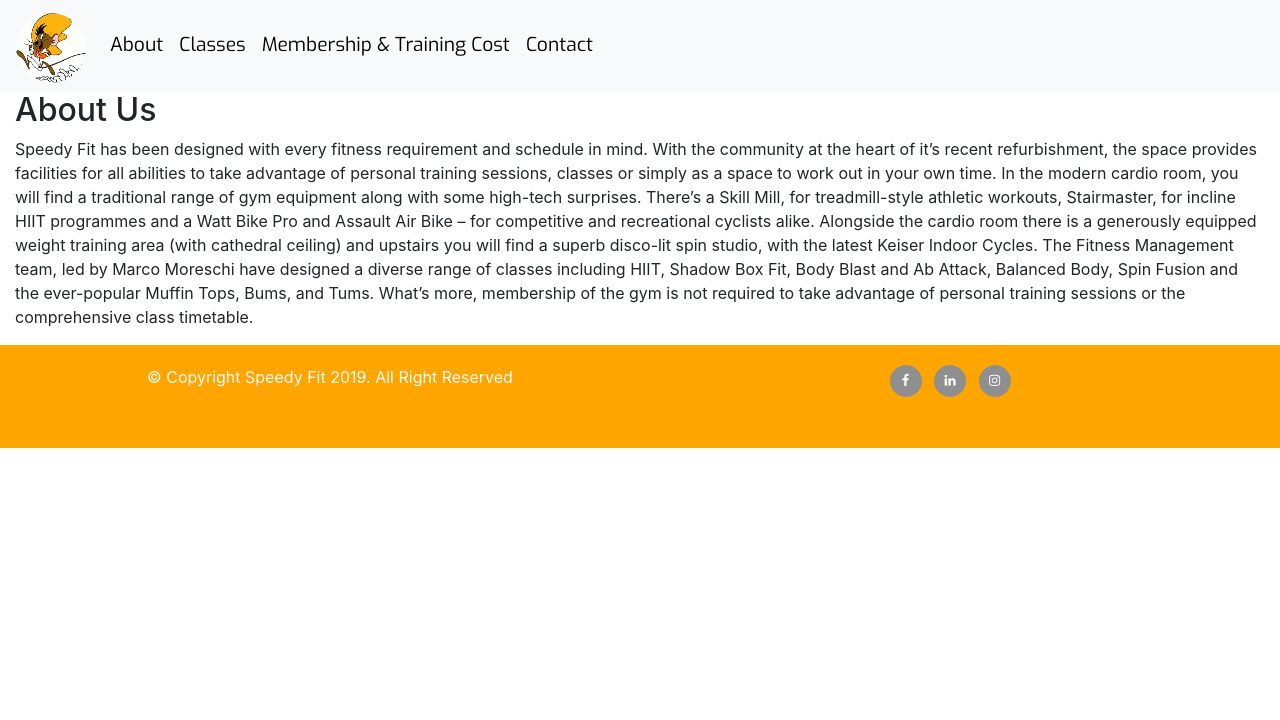
Repository: marcomoreschi/Milestrone-project
Page: index.html
The author's editor kept a record of every edit. The page is drawn from the files as they stood at one moment, then again after the next edit.
The browser window is 1280 px wide. The pictures show the whole page.
Some web libraries are served in a nearby version.

Above is the page before.

### index.html
<!DOCTYPE html>
<html lang="en">

<head>
    <meta charset="UTF-8">
    <meta name="viewport" content="width=device-width, initial-scale=1.0">
    <meta http-equiv="X-UA-Compatible" content="ie=edge">
    <link rel="stylesheet" href="https://maxcdn.bootstrapcdn.com/bootstrap/4.2.1/css/bootstrap.min.css" type="text/css" />
    <link rel="stylesheet" href="https://maxcdn.bootstrapcdn.com/font-awesome/4.7.0/css/font-awesome.min.css" type="text/css" />
    <link rel="stylesheet" href="https://cdnjs.cloudflare.com/ajax/libs/hover.css/2.1.1/css/hover-min.css" type="text/css" />
    <link rel="stylesheet" href="assets/css/style.css">
    <title>Speedy Fit</title>
</head>

<body>

    <header>
        <nav class="navbar navbar-expand-lg navbar-light bg-light">
            <a class="navbar-brand" href="index.html">
      <img src="assets/images/logo.jpg"></img>
        </a>
            <button class="navbar-toggler" type="button" data-toggle="collapse" data-target="#navbarNav" aria-controls="navbarNav" aria-expanded="false" aria-label="Toggle navigation">
    <span class="navbar-toggler-icon"></span>
  </button>
            <div class="collapse navbar-collapse" id="navbarNavDropdown">
                <ul class="navbar-nav">
                    <li class="nav-item active">
                        <a class="nav-link" href="index.html">About<span class="sr-only">(current)</span></a>
                    </li>
                    <li class="nav-item">
                        <a class="nav-link" href="classes.html">Classes</a>
                    </li>
                    <li class="nav-item">
                        <a class="nav-link" href="membership&trainingcost.html">Membership & Training Cost</a>
                    </li>
                    <li class="nav-item">
                        <a class="nav-link" href="contact.html">Contact</a>
                    </li>
                </ul>
            </div>
        </nav>

    </header>

<section class=container-fluid

    <div class="container">


        <h2 class="hidden">About Us</h2>
        <p>Speedy Fit has been designed with every fitness requirement and schedule in mind. With the community at the heart of it’s recent refurbishment, the space provides facilities for all abilities to take advantage of personal training sessions, classes
            or simply as a space to work out in your own time. In the modern cardio room, you will find a traditional range of gym equipment along with some high-tech surprises. There’s a Skill Mill, for treadmill-style athletic workouts, Stairmaster,
            for incline HIIT programmes and a Watt Bike Pro and Assault Air Bike – for competitive and recreational cyclists alike. Alongside the cardio room there is a generously equipped weight training area (with cathedral ceiling) and upstairs you
            will find a superb disco-lit spin studio, with the latest Keiser Indoor Cycles. The Fitness Management team, led by Marco Moreschi have designed a diverse range of classes including HIIT, Shadow Box Fit, Body Blast and Ab Attack, Balanced
            Body, Spin Fusion and the ever-popular Muffin Tops, Bums, and Tums. What’s more, membership of the gym is not required to take advantage of personal training sessions or the comprehensive class timetable.</p>

    </div>
    </div>
    </section>

    <footer class="container-fluid">
        <div id="footer-details" class="row">
            <div class="col-sm-6">
                <p class="inline-block">&#169; Copyright Speedy Fit 2019. All Right Reserved</p>
            </div>
            <div class="col-sm-6">
                <ul class="list-inline social-links">
                    <li class="list-inline-item">
                        <a target="_blank" href="#">
                            <i class="fa fa-facebook" aria-hidden="true"></i>
                            <span class="sr-only">Facebook</span>
                        </a>
                    </li>
                    <li class="list-inline-item">
                        <a target="_blank" href="#">
                            <i class="fa fa-linkedin" aria-hidden="true"></i>
                            <span class="sr-only">LinkedIn</span>
                        </a>
                    </li>
                    <li class="list-inline-item">
                        <a target="_blank" href="#">
                            <i class="fa fa-instagram" aria-hidden="true"></i>
                            <span class="sr-only">Instagram</span>
                        </a>
                    </li>
                </ul>
            </div>
        </div>
    </footer>

</body>

</html>

### assets/css/style.css
@import url('https://fonts.googleapis.com/css?family=Roboto:100,200,300,400,500,600,700|Exo:100,200,300,400,500,600,700');


/* -----------------------------------------Heading */

.navbar {
    margin-bottom: 0;
    border: 0;
    background-color: black;
    text-align: center;
}

.navbar-brand {
    height: 75px;
}

.navbar-brand img {
    width: 70px;
    height: 70px;
    border-radius: 50%;
}

.nav-item a {
    font-size: 1.2em;
    font-family: 'Exo', sans-serif;
    color: black !important;
}

.navbar ul li a:hover {
    color: #ffa500 !important;
    transition: all 0.35s ease-in-out;
    -moz-transition: all 0.35s ease-in-out;
    -webkit-transition: all 0.35s ease-in-out;
    -o-transition: all 0.35s ease-in-out;
}

/* -----------------------------------------About */

.about-us-section {
    margin: 0;
    background-position: center;
    background-size: cover;
    width: 100%;
    height: 100%;
}

.about-us-section {
    background: url("../images/rope.jpg") no-repeat center;
   -webkit-background-size: cover;
   -moz-background-size: cover;
   -o-background-size: cover;
    background-size: cover;
}

.container h2 {
    text-align: center;
    padding-top: 30px;
    color: #fafafa;
    text-transform: uppercase;
}

.container p {
    text-align: center;
    padding-bottom: 50px;
    color: #fff;
    font-size: 1.5em;
}


/* -----------------------------------------Footer */

footer {
    background-color: #ffa500;
    color: #fafafa;
    min-height: 100px;
    max-height: 200px;
    margin: 0;
}

.social-links {
    padding-bottom: 15px;
    text-align: center;
}

.social-links li a i {
    width: 32px;
    height: 32px;
    padding: 12px 0;
    border-radius: 50%;
    font-size: 13px;
    line-height: 7px;
    text-align: center;
    color: #fafafa;
    background: #8f8f8f;
    transition: all 0.35s ease-in-out;
    -moz-transition: all 0.35s ease-in-out;
    -webkit-transition: all 0.35s ease-in-out;
    -o-transition: all 0.35s ease-in-out;
}

.social-links li a i:hover {
    background: #e84610;
}

#footer-details {
    padding: 20px;
    text-align: center;
}

@media(min-width: 992px) {
    .center-form {
        padding-top: 30px;
        min-height: 240px;
        margin: 0 auto;
        max-width: 50%;
    }
}

After the next edit:
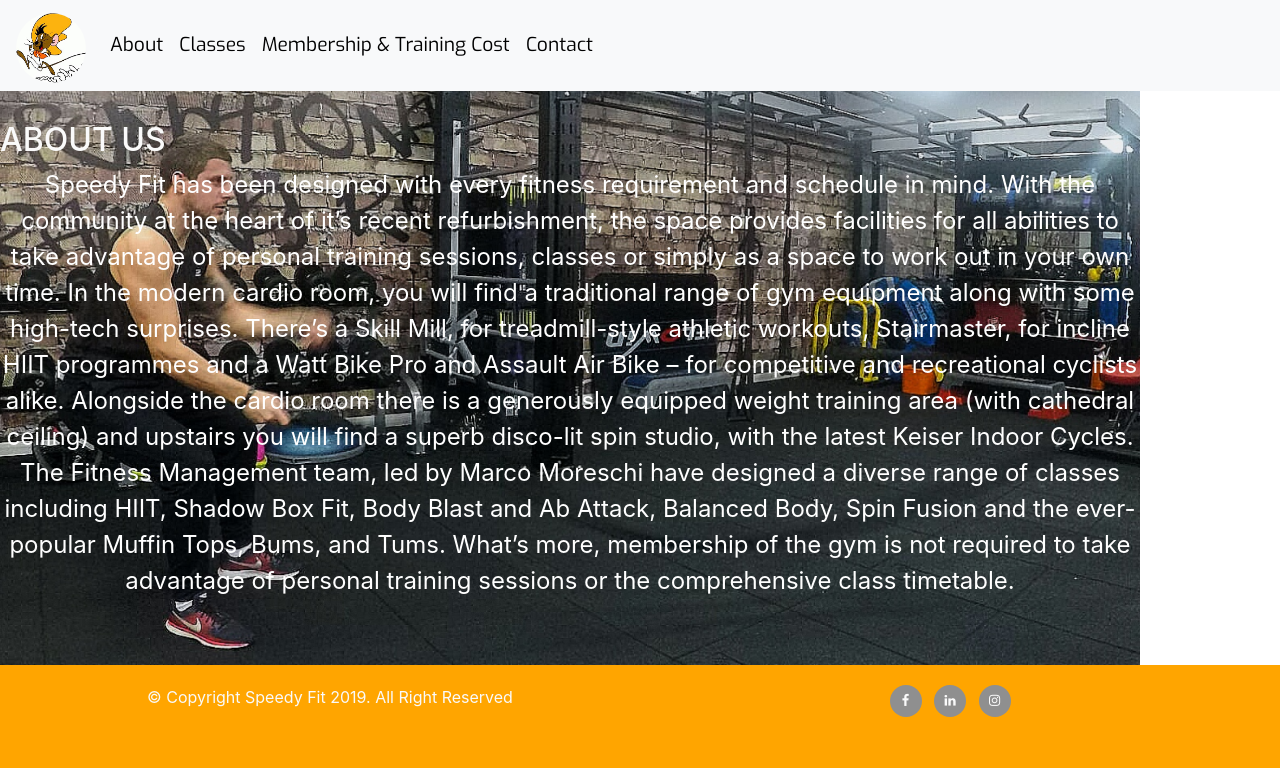
The edit:
--- a/index.html
+++ b/index.html
@@ -42,9 +42,9 @@
 
     </header>
 
-<section class=container-fluid
+    <section class="container about-us-section">
 
-    <div class="container">
+        <div class="row">
 
 
         <h2 class="hidden">About Us</h2>
@@ -54,8 +54,8 @@
             will find a superb disco-lit spin studio, with the latest Keiser Indoor Cycles. The Fitness Management team, led by Marco Moreschi have designed a diverse range of classes including HIIT, Shadow Box Fit, Body Blast and Ab Attack, Balanced
             Body, Spin Fusion and the ever-popular Muffin Tops, Bums, and Tums. What’s more, membership of the gym is not required to take advantage of personal training sessions or the comprehensive class timetable.</p>
 
-    </div>
-    </div>
+        </div>
+        </div>
     </section>
 
     <footer class="container-fluid">
